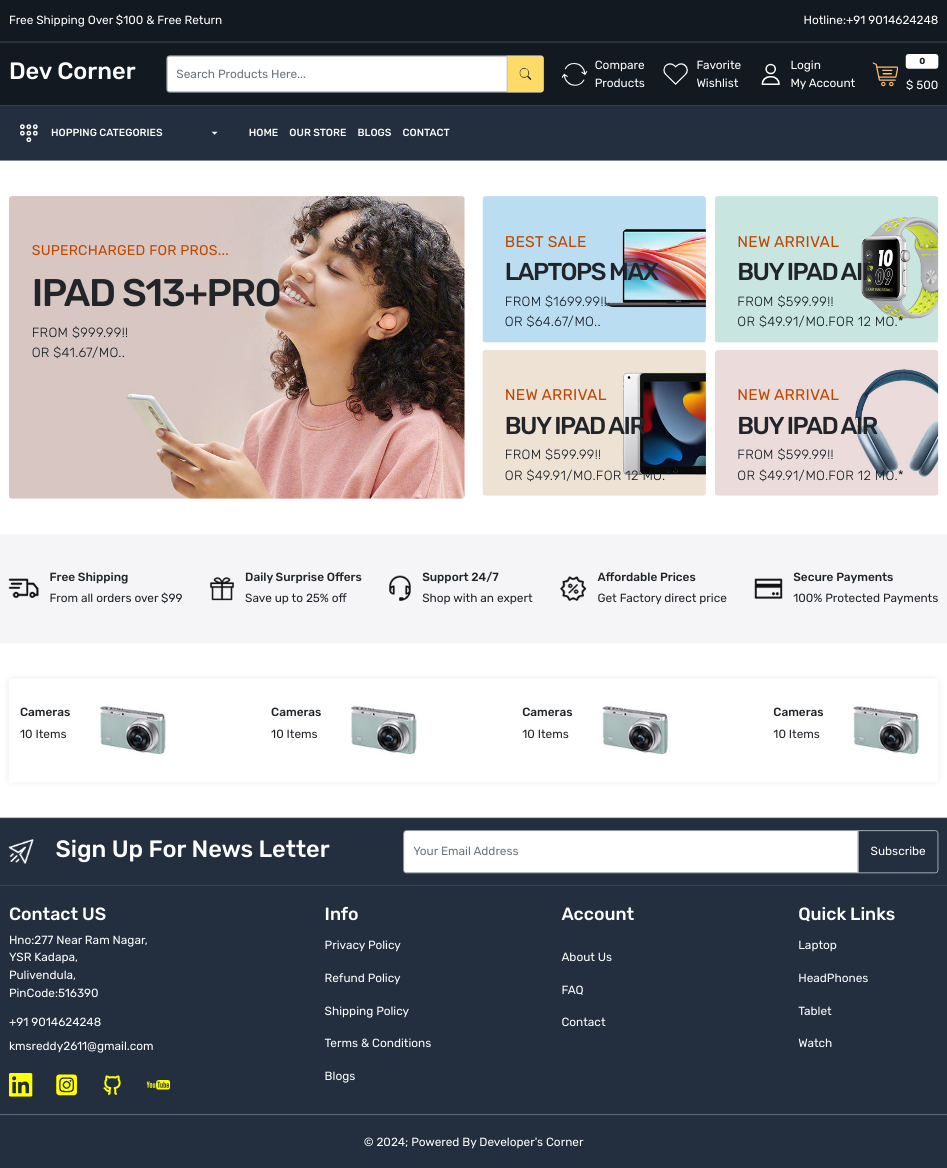
Repository: maniheist/ecommerce-app
Page: /
These files come from the project's save history. The page is drawn as it stood at one moment and after the next save; the edit follows.
The browser window is 1280 px wide. The pictures show the whole page, at 74% of full size.
The project was rebuilt for these pictures with package versions that can differ from the ones it lists, and the page was loaded fresh each time. Also part of the build but not shown: src/pages/About.js, src/pages/Contact.js.

Above is the page before, as saved 2024-02-18 19:35:59.

After the next save:
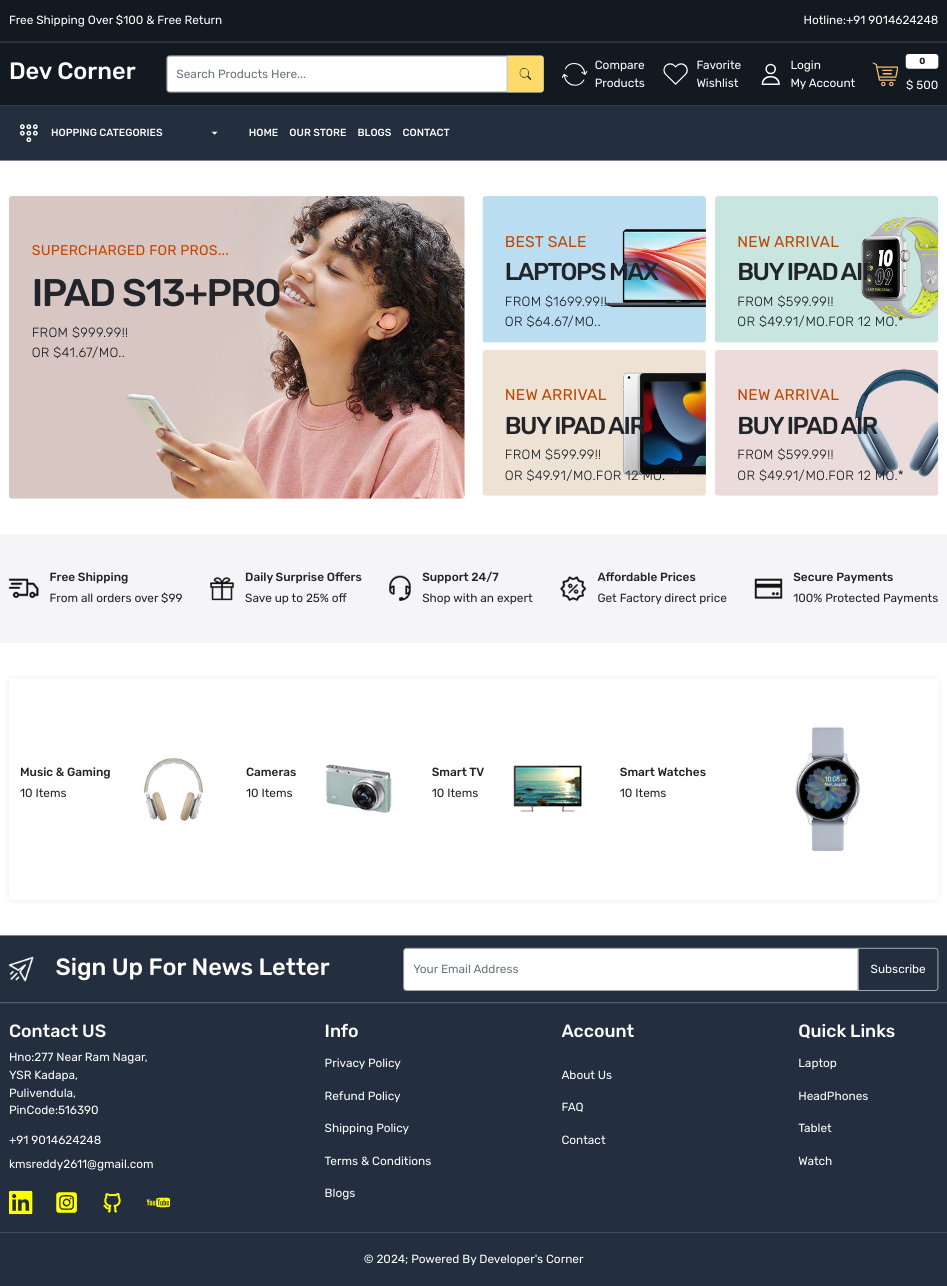
Saved 3 min 22 s later.
--- a/src/pages/Home.js
+++ b/src/pages/Home.js
@@ -113,10 +113,10 @@
           <div className='categories d-flex justify-content-between align-items-center'>
           <div className='d-flex gap-30 align-items-center'>
             <div >
-              <h6>Cameras</h6>
+              <h6>Music & Gaming</h6>
               <p>10 Items</p>
             </div>
-            <img src='images/camera.jpg' alt='camera'/>
+            <img src='images/headphone.jpg' alt='camera'/>
 
           </div>
           <div className='d-flex gap-30 align-items-center'>
@@ -129,18 +129,18 @@
           </div>
           <div className='d-flex gap-30 align-items-center'>
             <div >
-              <h6>Cameras</h6>
+              <h6>Smart TV</h6>
               <p>10 Items</p>
             </div>
-            <img src='images/camera.jpg' alt='camera'/>
+            <img src='images/tv.jpg' alt='camera'/>
 
           </div>
           <div className='d-flex gap-30 align-items-center'>
             <div >
-              <h6>Cameras</h6>
+              <h6>Smart Watches</h6>
               <p>10 Items</p>
             </div>
-            <img src='images/camera.jpg' alt='camera'/>
+            <img src='images/watch.jpg' alt='camera'/>
 
           </div>
 
